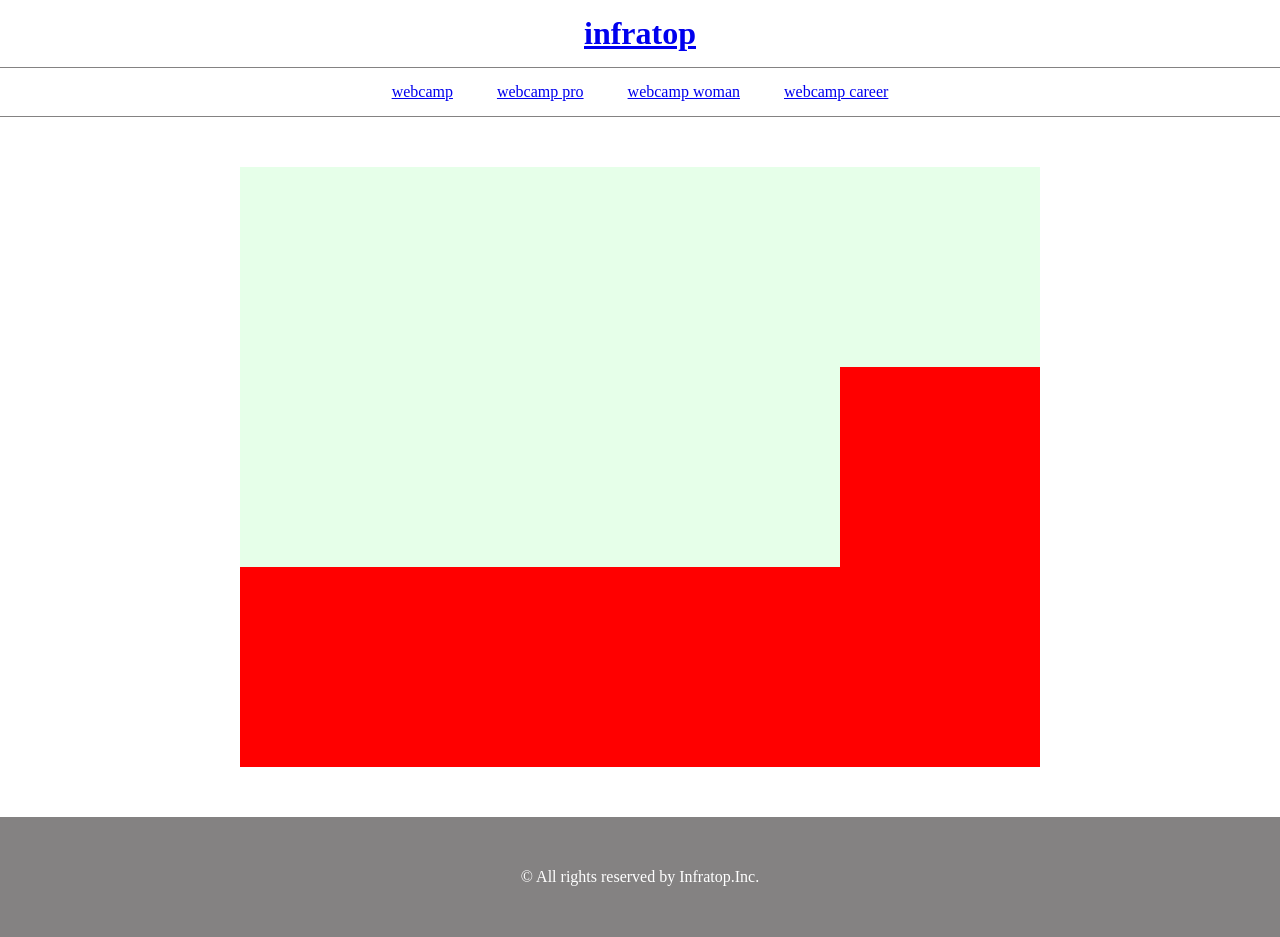
Repository: Nao002/practice
Page: html-practice5/index.html
The author's editor kept a record of every edit. The page is drawn from the files as they stood at one moment, then again after the next edit.
The browser window is 1280 px wide. The pictures show the whole page.

Above is the page before.

After the next edit:
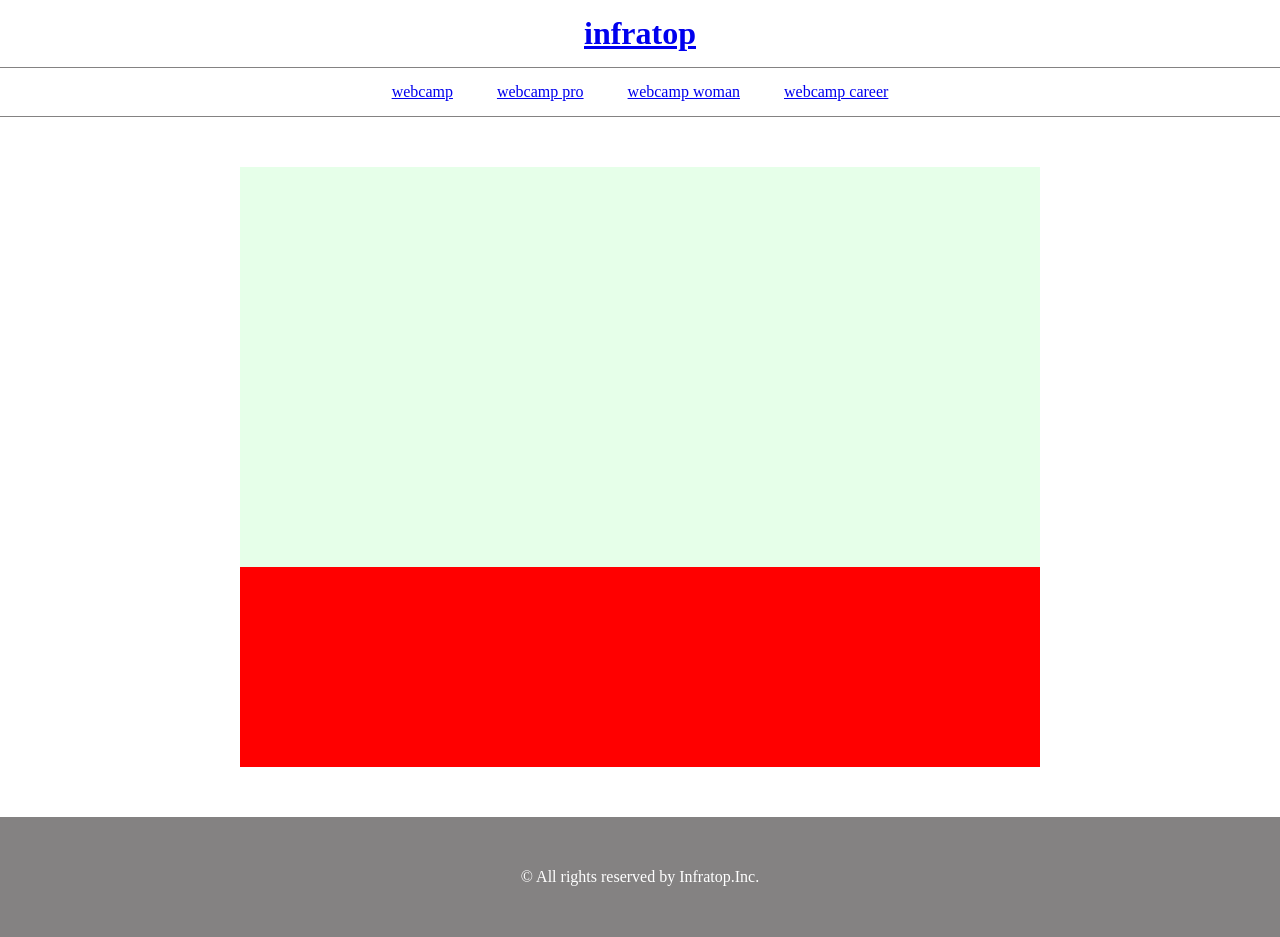
The edit:
--- a/html-practice5/style.css
+++ b/html-practice5/style.css
@@ -78,7 +78,7 @@
   background-color: #e6ffe9
 }
 
-.color1{
+.color8{
   background-color: #e6ffe9
 }
 
